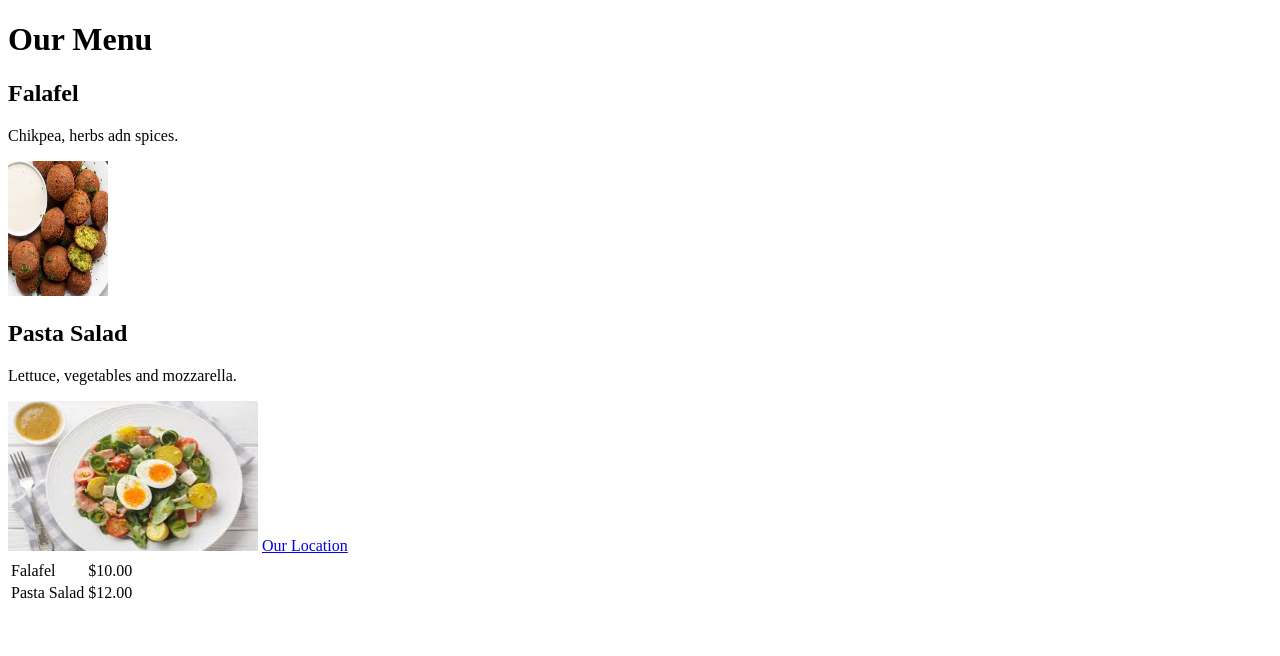
Repository: GiraldoNainggolan/Meta-Coursera
Page: Pengembang Front-End Meta/Modul 2/Mencoba/index.html
The author's editor kept a copy of each file at every save. The page is drawn from the files as they stood at one save, then again after a run of saves.
The browser window is 1280 px wide. The pictures show the whole page.

Above is the page before, as saved 2025-01-26 00:15:08.

After the next 3 saves:
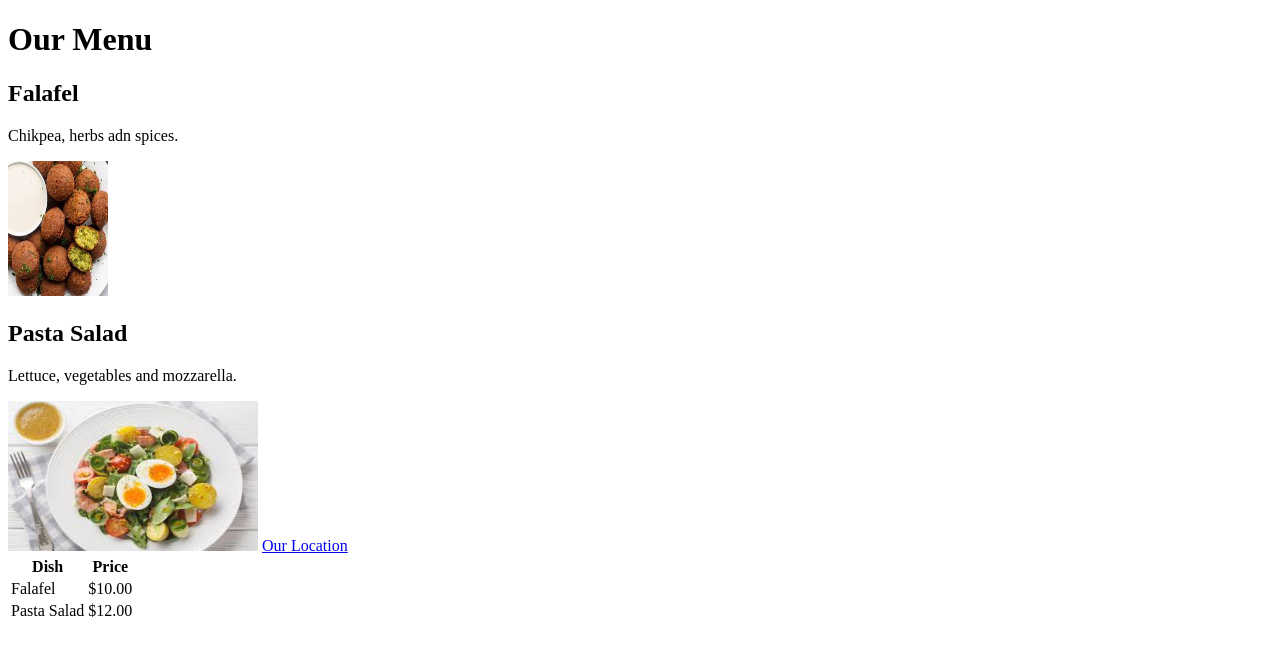
The 3 saves are shown as one change because they came seconds apart.
The last was saved 15 s later.
--- a/Pengembang Front-End Meta/Modul 2/Mencoba/index.html
+++ b/Pengembang Front-End Meta/Modul 2/Mencoba/index.html
@@ -16,7 +16,8 @@
     <a href="location.html">Our Location</a>
     <table>
         <tr>
-            <th></th>
+            <th>Dish</th>
+            <th>Price</th>
         </tr>
         <tr>
             <td>Falafel</td>
